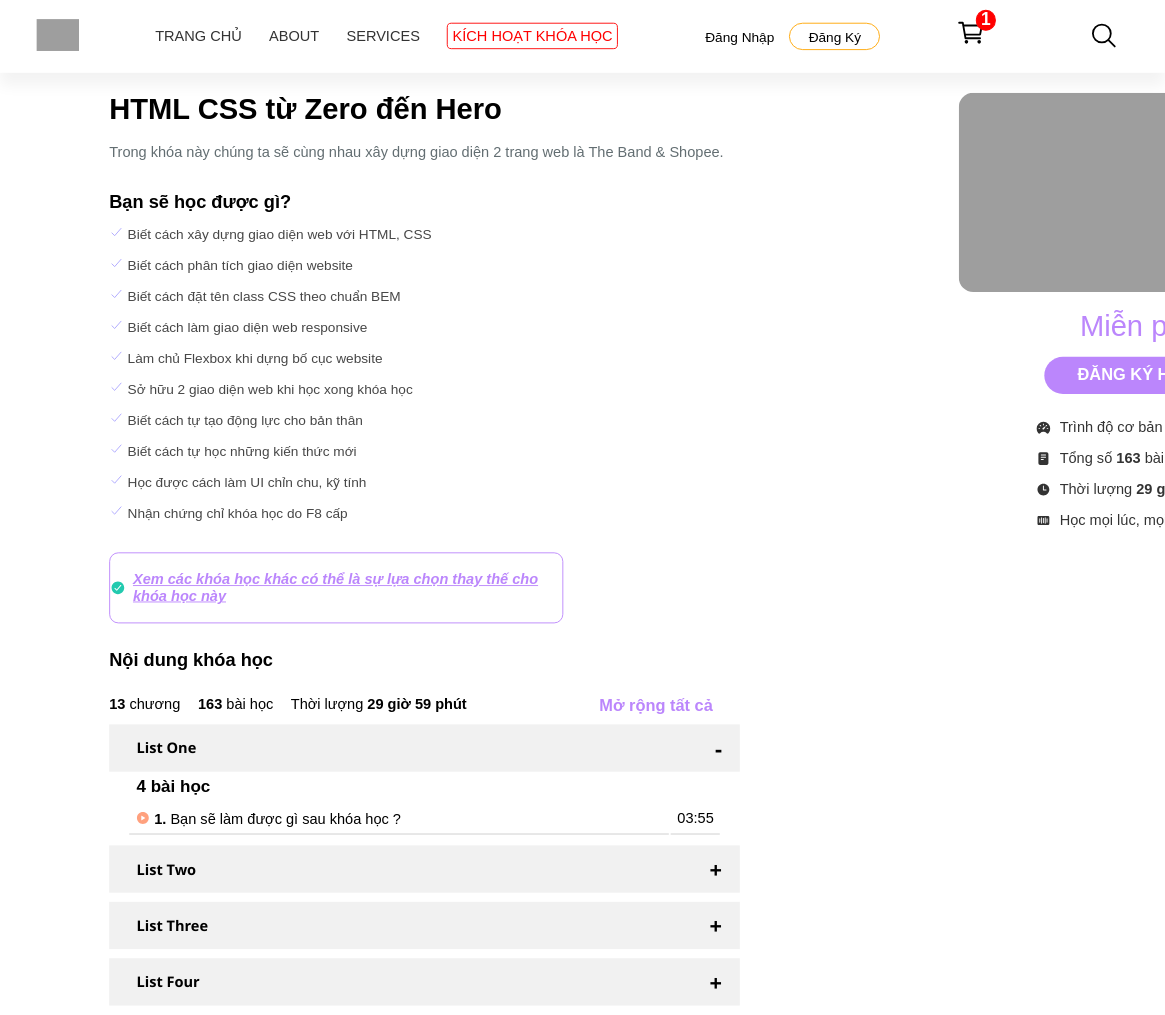
Repository: hoanghuuphuc/hoanghuuphuc
Page: details.html
The author's editor kept a copy of each file at every save. The page is drawn from the files as they stood at one save, then again after the next save.
The browser window is 1280 px wide. The pictures show the whole page, at 91% of full size.
Empty fields were first filled with sample values (such as "Sample", 5 or name@example.com).
After loading, the first visible `div.contentBx` was clicked once.
Pictures or frames that could not be fetched are drawn as grey boxes.

Above is the page before, as saved 2022-12-12 00:30:15.
Console error: TypeError: Cannot read properties of null (reading 'style')

After the next save:
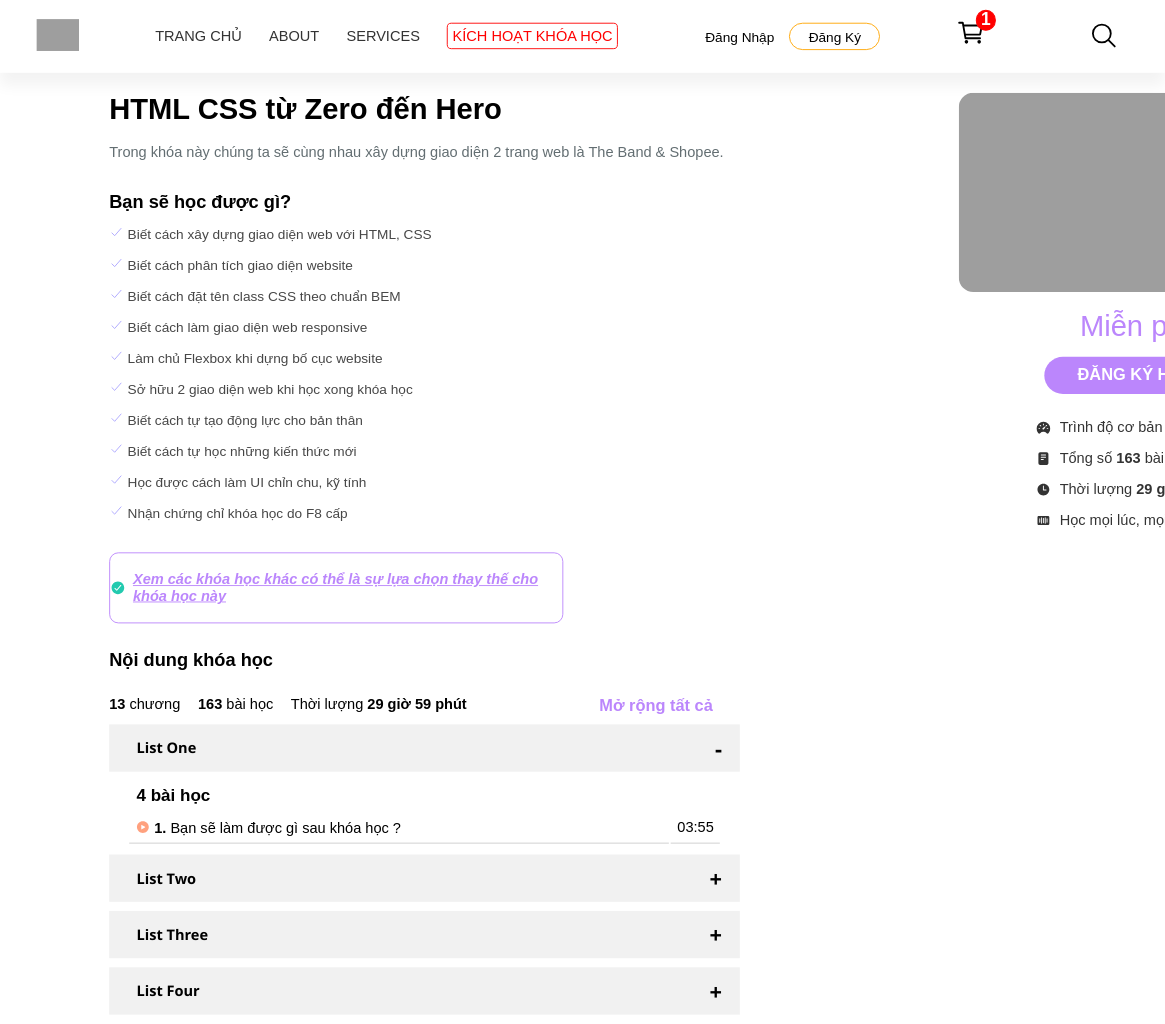
Saved 4 s later.
--- a/style.css
+++ b/style.css
@@ -792,7 +792,7 @@ footer {
 }
 .accordion .contentBx.active .accordion-content {
   height: auto;
-  padding: 0px 10px 0px 10px;
+  padding: 5px 10px 0px 10px;
 }
 .accordion .contentBx.active .accordion-label::before {
   content: "-";
